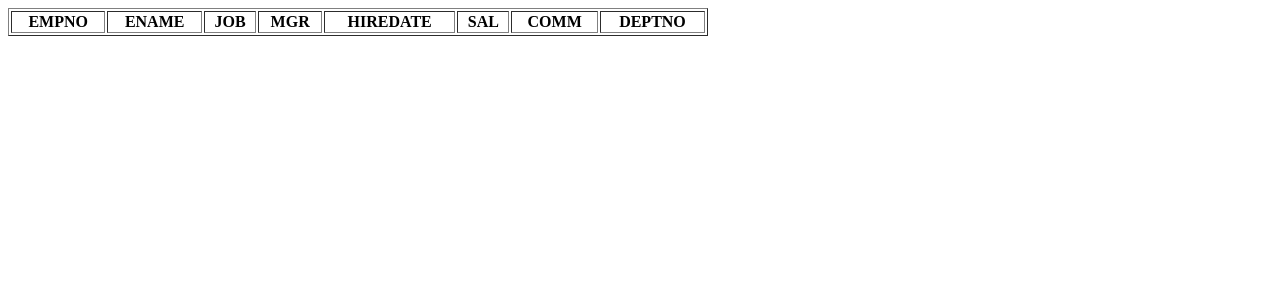
Repository: uhhuhhmm/JSP-Servlet-Class
Page: http://localhost/web04/emp_table.jsp
These files come from the project's save history. The page is drawn as it stood at one moment and after the next save; the edit follows.
The browser window is 1280 px wide. The pictures show the whole page.
The page is served by Tomcat 9. Nobody is signed in. The application's start-up code is not run. Queries for data that is not in the repository find no rows.

Above is the page before, as saved 2022-07-18 05:53:29.

After the next save:
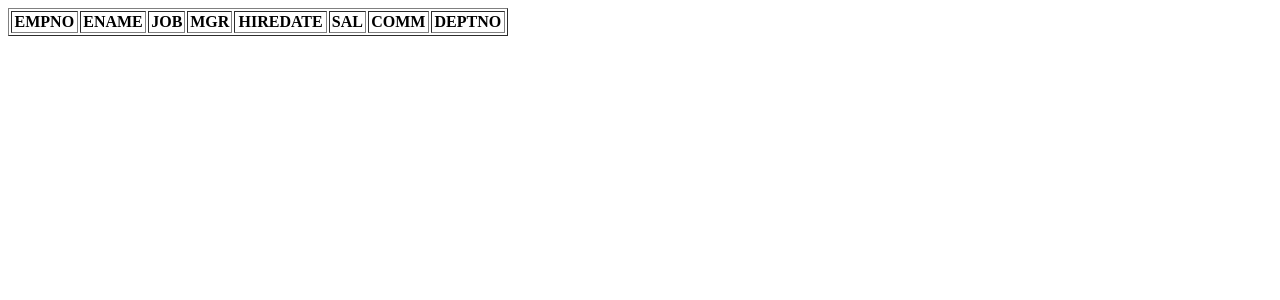
Saved 10 s later.
--- a/web04/WebContent/emp_table.jsp
+++ b/web04/WebContent/emp_table.jsp
@@ -19,7 +19,7 @@
 <title>Insert title here</title>
 </head>
 <body>
-<table width='700' border='1'>
+<table width='500' border='1'>
 <tr>
 <th>EMPNO</th><th>ENAME</th><th>JOB</th><th>MGR</th>
 <th>HIREDATE</th><th>SAL</th><th>COMM</th><th>DEPTNO</th>
